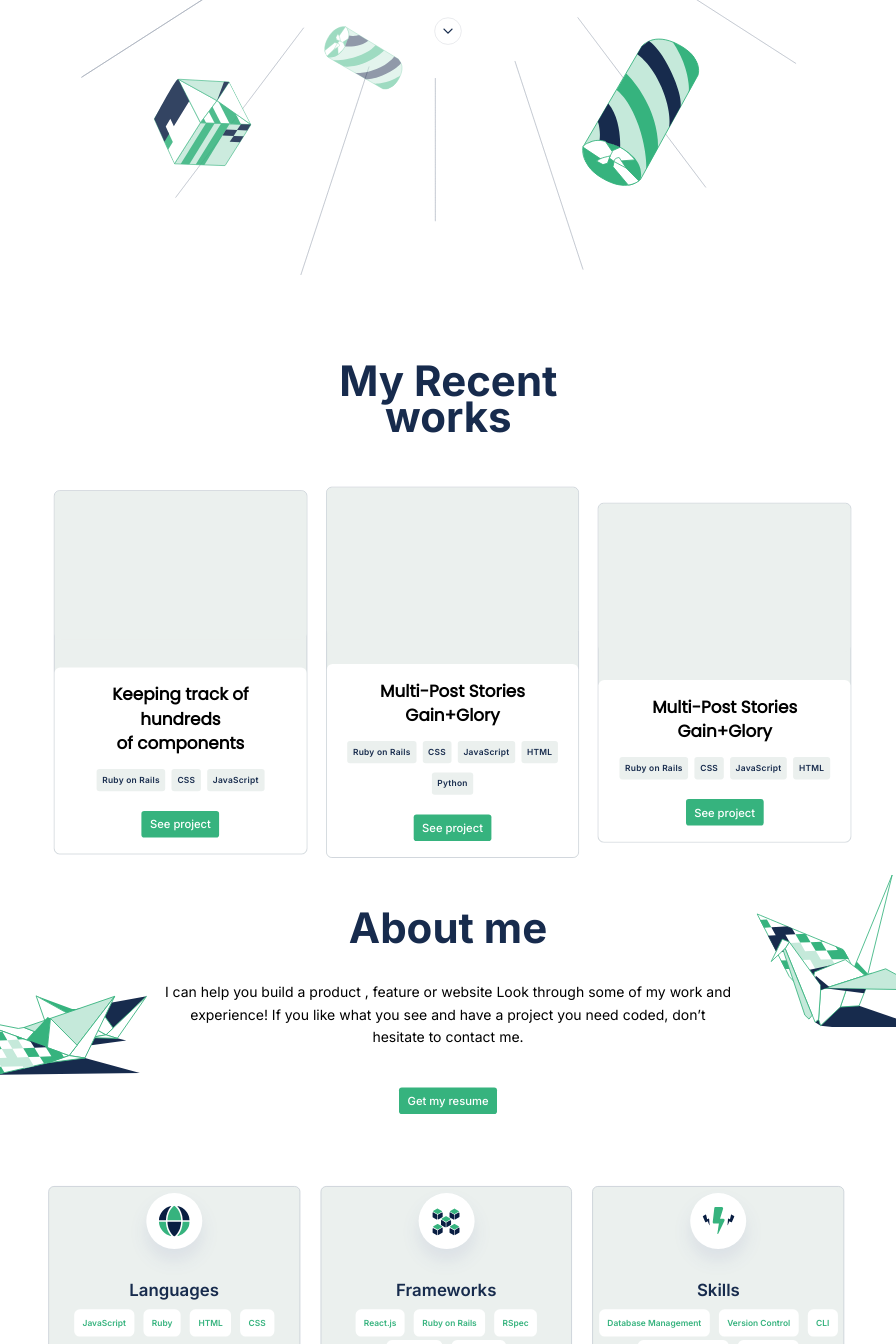
Repository: Salimer/old-Portfolio
Page: index.html
These files come from the project's save history. The page is drawn as it stood at one moment and after the next save; the edit follows.
The browser window is 1280 px wide. The pictures show the part of the page from y = 528 to 2448 px (the page is 3302 px tall), at 70% of full size.

Above is the page before, as saved 2023-04-12 00:12:39.

### index.html
<!DOCTYPE html>
<html lang="en">
<head>
    <meta charset="UTF-8">
    <meta http-equiv="X-UA-Compatible" content="IE=edge">
    <meta name="viewport" content="width=device-width, initial-scale=1.0">
    <link rel="stylesheet" type="text/css" href="style.css">
    <link href="https://fonts.googleapis.com/css2?family=Inter:wght@400;500;600;700&display=swap" rel="stylesheet">
    <link href="https://fonts.googleapis.com/css2?family=Poppins&display=swap" rel="stylesheet">
    <title>Salim's portfolio</title>
</head>

<body>
    <header class="header">
        <img id="logo" src="murple_logo.png" alt="Page logo">
        <nav>
            <img id="nav" class="Normal-Button" src="Assets/nav.svg" alt="Navigation button">
            <ul class="header-nav">
                <li><a href="#">Portfolio</a></li>
                <li><a href="#">About</a></li>
                <li><a href="#">Contact</a></li>
            </ul>
        </nav>

        <div class="mobile-menu">
            <ul>
                <li><a href="#"><img id="x" src="Assets/x.svg"></a></li>
                <li><a href="#portfolio">Portfolio</a></li>
                <li><a href="#about">About</a></li>
                <li><a href="#contact">Contact</a></li>
            </ul>
        </div>

    </header>

    <main>
        <section class="headline">
            <h1 class="Primary">
                <span class="color4">Hey there, I'm Salim.<br></span>
                <span class="color1">I'm a software developer</span>
            </h1>
            <p class="color4 Supporting-Text">
                I can help you build a product , feature or website Look through some of my work and experience! If you like what you see and have a project you need coded,
                don't hesitate to contact me.
            </p>
            <ul class="social-media-icons">
                <li><a href="https://twitter.com/SaLiM355173"><img src="Assets/twitter.svg" alt="Twitter"></a></li>
                <li><a href="https://www.linkedin.com/in/salim-bamahfoodh-707b74200/"><img src="Assets/Linkedin icon.svg" alt="LinkedIn"></a></li>
                <li><a href="#"><img src="Assets/medium.svg" alt="medium"></a></li>
                <li><a href="https://github.com/Salimer"><img src="Assets/github.svg" alt="GitHub"></a></li>
                <li><a href="#"><img src="Assets/angellist.svg" alt="Angellist"></a></li>
            </ul>
            <ul class="social-media-icons-desktop">
                <li><a href="https://github.com/Salimer"><img src="Assets/github.svg" alt="GitHub"></a></li>
                <li><a href="https://www.linkedin.com/in/salim-bamahfoodh-707b74200/"><img src="Assets/Linkedin icon.svg" alt="LinkedIn"></a></li>
                <li><a href="#"><img src="Assets/angellist.svg" alt="Angellist"></a></li>
                <li><a href="https://twitter.com/SaLiM355173"><img src="Assets/twitter.svg" alt="Twitter"></a></li>
                <li><a href="#"><img src="Assets/medium.svg" alt="medium"></a></li>
            </ul>
            <div class="bottom-arrow">
                <img src="Assets/bottom arrow.svg" alt="bottom-arrow" width="40px" height="40px">
            </div>
            <div class="space"></div>
        </section>

        <section id="portfolio" class="works">
            <div class="works-title">
                <h2 class="color4">My Recent<br>works</h2>
            </div>
            <div class="works-indicator">
                <img src="Assets/Indicator.svg" width="48px" height="4px">
            </div>
        </section>

        <section id="about" class="About-me">
            <div class="works-title">
                <h2 class="color4">About me</h2>
            </div>
            <div class="about-me-supporting-Text">
                I can help you build a product , feature or website Look through some of my work and experience! If you like what you see and have a project you need coded,
                don’t hesitate to contact me.
            </div>
            <div class="about-me-button">
                <button class="green-button">Get my resume</button>
            </div>
            <div class="space"></div>
        </section>

        <section class="Languages-Frameworks-skills">
            <div class="skill-card skills-one">
                <div class="image">
                    <img class="skill-image" src="Assets/Languages.svg" alt="languages">
                </div>
                <div class="skill-card-title ">
                    <span class="color4">Languages</span>
                </div>
                <div>
                    <ul class="skill-technologies">
                        <li class="skill-button">JavaScript</li>
                        <li class="skill-button">Ruby</li>
                        <li class="skill-button">HTML</li>
                        <li class="skill-button">CSS</li>
                    </ul>
                </div>
            </div>
            <div class="skill-card skills-two">
                <div class="image">
                    <img class="skill-image" src="Assets/Frameworks.svg" alt="Frameworks">
                </div>
                <div class="skill-card-title color4">
                    <span class="color4">Frameworks</span>
                </div>
                <div>
                    <ul class="skill-technologies">
                        <li class="skill-button">React.js</li>
                        <li class="skill-button">Ruby on Rails</li>
                        <li class="skill-button">RSpec</li>
                        <li class="skill-button">Capybara</li>
                        <li class="skill-button">Selenium</li>
                    </ul>
                </div>
            </div>
            <div class="skill-card skills-three">
                <div class="image">
                    <img class="skill-image" src="Assets/Skills.svg" alt="Skills">
                </div>
                <div class="skill-card-title">
                    <span class="color4">Skills</span>
                </div>
                <div>
                    <ul class="skill-technologies">
                        <li class="skill-button">Database Management</li>
                        <li class="skill-button">Version Control</li>
                        <li class="skill-button">CLI</li>
                        <li class="skill-button">Web Development</li>
                        <li class="skill-button">API Design</li>
                    </ul>
                </div>
            </div>
        </section>

        <div class="space"></div>

        <section id="contact" class="contact-me">
            <div class="contact-header">
                <span class="contact-me-title color4">
                    I'm always interested in hearing about new projects, so if you'd like to chat please get in touch.
                </span>
            </div>
            <div class="form">
                <form action="https://formspree.io/f/myyangkd" method="POST">
                    <ul>
                        <li class="full-name">
                            <label for="name" hidden>Full name</label>
                            <input type="text" maxlength="30" id="name" name="user_name" placeholder="Full name" required />
                        </li>
                        <li class="first-last-name">
                            <label for="first-name" hidden>First name</label>
                            <input type="text" maxlength="30" id="first-name" name="user_name" placeholder="First Name" required />
                            <label for="last-name" hidden>Last name</label>
                            <input type="text" maxlength="30" id="last-name" name="user_name" placeholder="Last Name" required />
                        </li>
                        </li>
                        <li>
                            <label for="mail" hidden>Email address</label>
                            <input type="email" id="mail" name="user_email" placeholder="Email address" required />
                        </li>
                        <li>
                            <label for="msg" hidden>Message area</label>
                            <textarea id="msg" maxlength="500" name="user_message" placeholder="Hey I'd like to connect to..." ></textarea>
                        </li>
                        <li class="contact-me-button-li">
                            <label for="get-in-touch-button" hidden>Get in touch button</label>
                            <button id="get-in-touch-button" class="contact-me-button bg-color1" type="submit">Get in touch</button>
                        </li>
                    </ul>
                </form>
                <p class="email color4">s.bamahfoodh@gmail.com</p>
            </div>
        </section>
    </main>
    <footer>
        <ul class="social-media-icons">
            <li><a href="https://twitter.com/SaLiM355173"><img src="Assets/twitter.svg" alt="Twitter"></a></li>
            <li><a href="https://www.linkedin.com/in/salim-bamahfoodh-707b74200/"><img src="Assets/Linkedin icon.svg" alt="LinkedIn"></a></li>
            <li><a href="#"><img src="Assets/medium.svg" alt="medium"></a></li>
            <li><a href="https://github.com/Salimer"><img src="Assets/github.svg" alt="GitHub"></a></li>
            <li><a href="#"><img src="Assets/angellist.svg" alt="Angellist"></a></li>
        </ul>
        <ul class="social-media-icons-desktop">
            <li><a href="https://github.com/Salimer"><img src="Assets/github.svg" alt="GitHub"></a></li>
            <li><a href="https://www.linkedin.com/in/salim-bamahfoodh-707b74200/"><img src="Assets/Linkedin icon.svg" alt="LinkedIn"></a></li>
            <li><a href="#"><img src="Assets/angellist.svg" alt="Angellist"></a></li>
            <li><a href="https://twitter.com/SaLiM355173"><img src="Assets/twitter.svg" alt="Twitter"></a></li>
            <li><a href="#"><img src="Assets/medium.svg" alt="medium"></a></li>
        </ul>
        <img id="black-line" src="Assets/blackLine.svg">
    </footer>
    <div class="detail-popup hide">
        <div class="popup-container">
            <div class="detail-item1">
                <a href="#"><img id="detail-popup-x" src="Assets/detail-x.svg" alt="close-icon"></a>
             </div>
            <div class="detail-item2">

            </div>
            <div class="detail-item3">
                <ul class="technologies">
                    <li class="grey-button">Ruby on Rails</li>
                    <li class="grey-button">CSS</li>
                    <li class="grey-button">JavaScript</li>
                    <li class="grey-button">HTML</li>
                </ul>
            </div>
            <div class="detail-item4">
                <p>
                    Lorem Ipsum is simply dummy text of the printing and typesetting
                    industry. Lorem Ipsum has been the industry's standard dummy text ever
                    since the 1500s, when an unknown printer took a galley of type and
                    scrambled it 1960s.<br><br>
                    Lorem Ipsum is simply dummy text of the printing and typesetting
                    industry. Lorem Ipsum has been the industry's standard dummy text ever
                    since the 1500s, when an unknown printer took a galley of type and
                    scrambled it 1960s.
                </p>
            </div>
            <div class="detail-item5">
                <ul>
                    <li>
                        <button class="green-button" type="submit">See live <img src="Assets/seelive.svg" alt="see live icon"></button>
                    </li>
                    <li>
                        <button class="green-button" type="submit">See source <img src="Assets/seesource.svg" alt="see source icon"></button>
                    </li>
                </ul>
            </div>
        </div>
    </div>
    <script src="script.js"></script>
    <script src="chatgpt.js"></script>
    <script src="worksSectionRefactor.js"></script>
    <script src="seeProjectPopup.js"></script>
</body>
</html>

### chatgpt.js
const projects = [
    {
      featuredImage: "Assets/detailTop.svg",
      name: "Keeping track of<br>hundreds<br>of components",
      technologies: ['Ruby on Rails', 'CSS', 'JavaScript'],
      description: "Lorem Ipsum is simply dummy text of the printing and typesetting industry. Lorem Ipsum has been the industry's standard dummy text ever since the 1500s, when an unknown printer took a galley of type and scrambled it 1960s.<br><br>Lorem Ipsum is simply dummy text of the printing and typesetting industry. Lorem Ipsum has been the industry's standard dummy text ever since the 1500s, when an unknown printer took a galley of type and scrambled it 1960s.",
      linkToLiveVersion: "https://youtu.be/dQw4w9WgXcQ",
      linkToSource: "https://youtu.be/dQw4w9WgXcQ"
    },
    {
        featuredImage: "Assets/detailTop.svg",
        name: "Multi-Post Stories<br>Gain+Glory",
        technologies: ['Ruby on Rails', 'CSS', 'JavaScript', 'HTML', 'Python'],
        description: "Lorem Ipsum is simply dummy text of the printing and typesetting industry. Lorem Ipsum has been the industry's standard dummy text ever since the 1500s, when an unknown printer took a galley of type and scrambled it 1960s.<br><br>Lorem Ipsum is simply dummy text of the printing and typesetting industry. Lorem Ipsum has been the industry's standard dummy text ever since the 1500s, when an unknown printer took a galley of type and scrambled it 1960s.",
        linkToLiveVersion: "https://youtu.be/dQw4w9WgXcQ",
        linkToSource: "https://youtu.be/dQw4w9WgXcQ"
      },
      {
        featuredImage: "Assets/detailTop.svg",
        name: "Multi-Post Stories<br>Gain+Glory",
        technologies: ['Ruby on Rails', 'CSS', 'JavaScript', 'HTML'],
        description: "Lorem Ipsum is simply dummy text of the printing and typesetting industry. Lorem Ipsum has been the industry's standard dummy text ever since the 1500s, when an unknown printer took a galley of type and scrambled it 1960s.<br><br>Lorem Ipsum is simply dummy text of the printing and typesetting industry. Lorem Ipsum has been the industry's standard dummy text ever since the 1500s, when an unknown printer took a galley of type and scrambled it 1960s.",
        linkToLiveVersion: "https://youtu.be/dQw4w9WgXcQ",
        linkToSource: "https://youtu.be/dQw4w9WgXcQ"
      }
  ];

// Define an array of class names for the container elements
const classNames = ['works-one', 'works-two', 'works-three', 'works-four', 'works-five', 'works-six'/* add more as needed */];

let count = 0;
// Iterate over the array using forEach
projects.forEach((project) => {
  // Create the container element with the current class name
  const container = document.createElement('div');
  container.classList.add('grid-container', classNames[count]);

  // Create the card top half element and append to the container
  const cardTopHalf = document.createElement('div');
  cardTopHalf.classList.add('card-top-half');
  container.appendChild(cardTopHalf);

  // Create the card bottom half element and append to the container
  const cardBottomHalf = document.createElement('div');
  cardBottomHalf.classList.add('card-bottom-half');
  container.appendChild(cardBottomHalf);

  // Create the card title span element and append to the card bottom half
  const cardTitle = document.createElement('span');
  cardTitle.classList.add('card-title');
  cardTitle.innerHTML = project.name;
  cardBottomHalf.appendChild(cardTitle);

  // Create the technologies ul element and append to the card bottom half
  const technologies = document.createElement('ul');
  technologies.classList.add('work-technologies');
  cardBottomHalf.appendChild(technologies);

  // Create the technologies list items and append to the technologies ul element
  project.technologies.forEach((item) => {
    const technology = document.createElement('li');
    technology.classList.add('grey-button');
    technology.innerHTML = item;
    technologies.appendChild(technology);
  });

  // Create the see project button element and append to the card bottom half
  const seeProjectButton = document.createElement('button');
  seeProjectButton.classList.add('see-project', 'green-button');
  seeProjectButton.innerHTML = 'See project';
  cardBottomHalf.appendChild(seeProjectButton);

  // Append the container element to the div with class "works"
  const works = document.querySelector('.works');
  works.appendChild(container);
  count++;
});

Loaded but not shown: worksSectionRefactor.js (44 lines, source omitted); seeProjectPopup.js (45 lines, source omitted); script.js (13 lines, source omitted); style.css (1050 lines, source omitted)

After the next save:
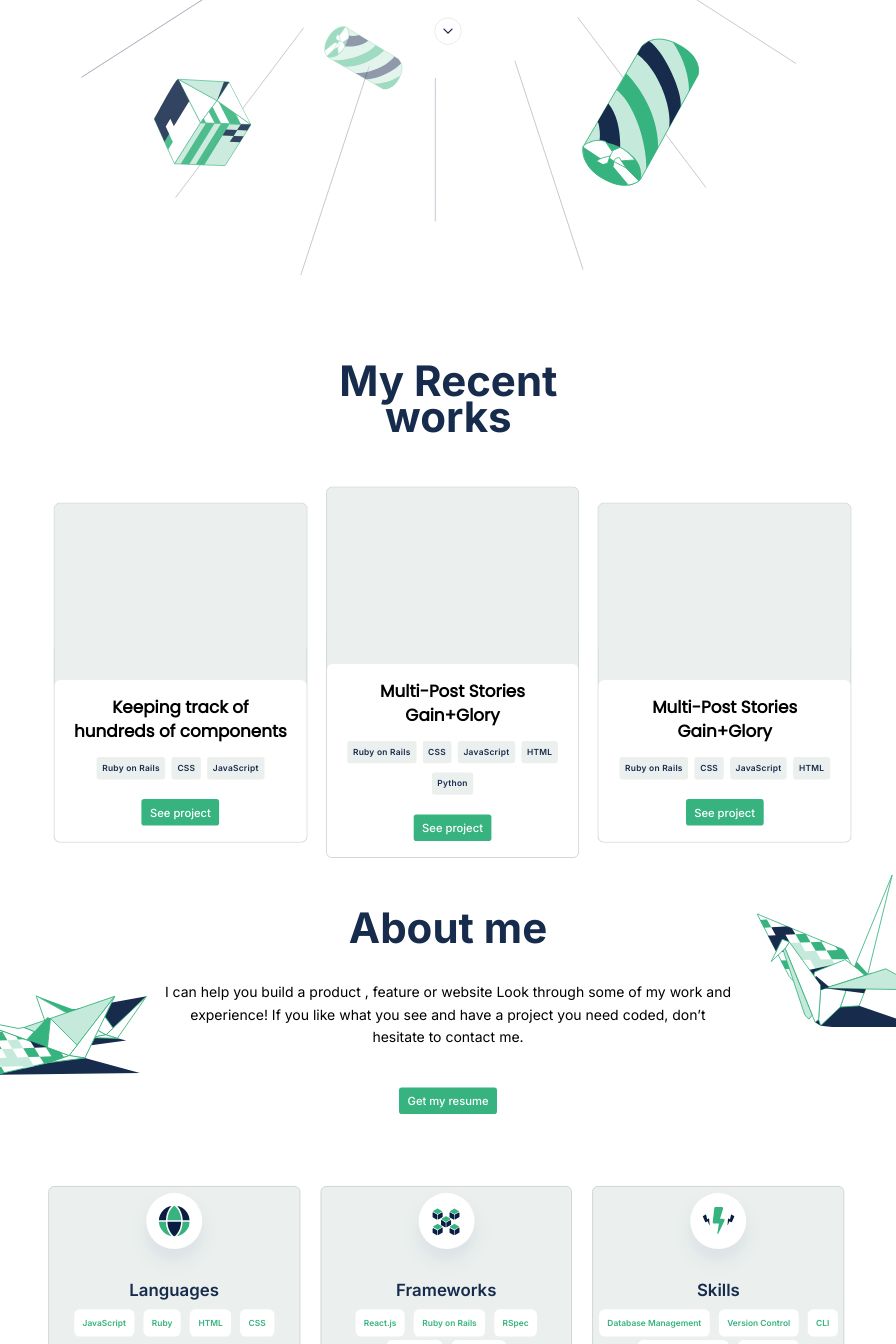
Saved 78 min 33 s later.
--- a/chatgpt.js
+++ b/chatgpt.js
@@ -1,7 +1,7 @@
 const projects = [
     {
       featuredImage: "Assets/detailTop.svg",
-      name: "Keeping track of<br>hundreds<br>of components",
+      name: "Keeping track of<br>hundreds of components",
       technologies: ['Ruby on Rails', 'CSS', 'JavaScript'],
       description: "Lorem Ipsum is simply dummy text of the printing and typesetting industry. Lorem Ipsum has been the industry's standard dummy text ever since the 1500s, when an unknown printer took a galley of type and scrambled it 1960s.<br><br>Lorem Ipsum is simply dummy text of the printing and typesetting industry. Lorem Ipsum has been the industry's standard dummy text ever since the 1500s, when an unknown printer took a galley of type and scrambled it 1960s.",
       linkToLiveVersion: "https://youtu.be/dQw4w9WgXcQ",
